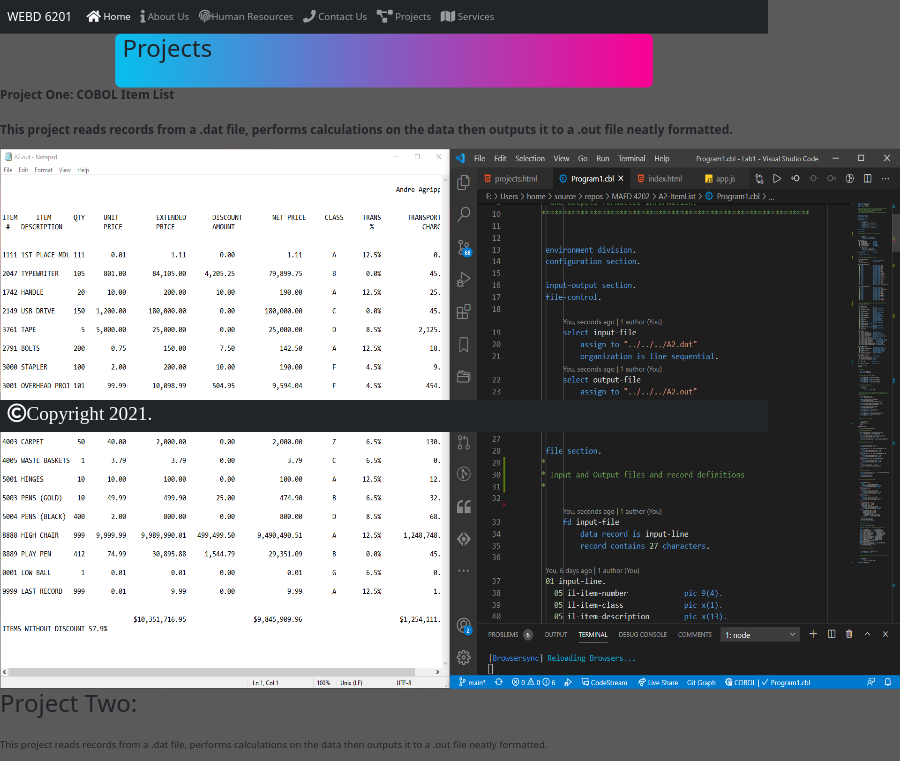
Repository: vans12345678/WEBD6201-W2021-Week3
Page: projects.html
An editor plug-in stored every save of this project. The page is shown before and after the next save, followed by the edit.
The browser window is 1280 px wide. The page is 1500 px wide, so the pictures cover 1500 px, including what lies to the right of the window. The pictures show the whole page, at 60% of full size.

Above is the page before, as saved 2021-01-29 17:12:44.

After the next save:
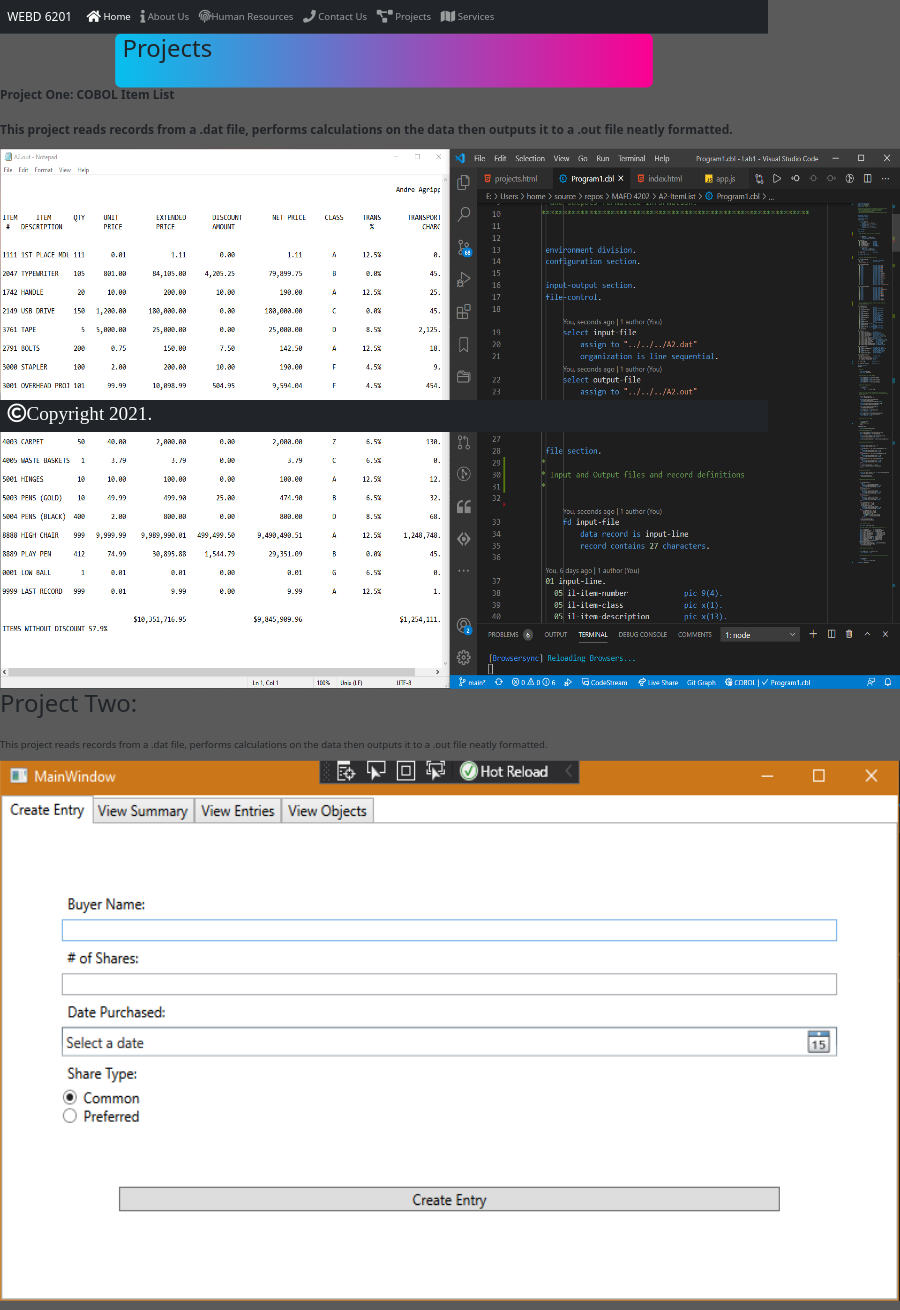
Saved 5 s later.
--- a/projects.html
+++ b/projects.html
@@ -56,6 +56,7 @@
         <h1 id="p2"></h1>
         </br>
         <p id="p2Description"></p>
+        <img src="../images/p2.PNG" alt="" style="width:1500px;height:900px;">
 
     </main>
     <p></p>
